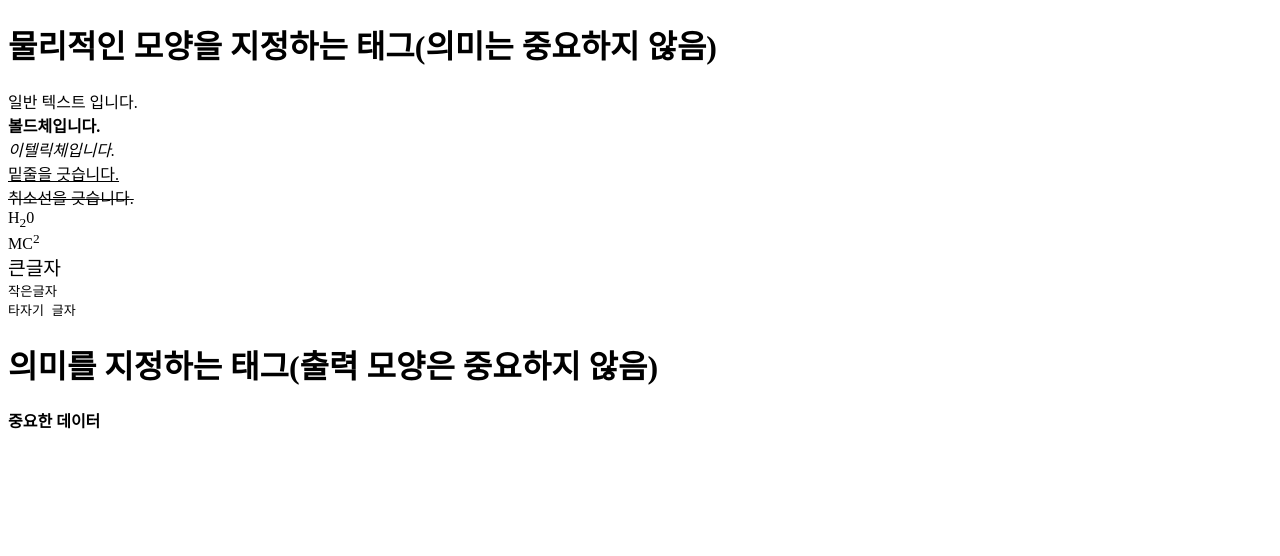
Repository: Chun0903/classStudy_github.io
Page: client/ClientTest/WebContent/ex09_style.html
The author's editor kept a copy of each file at every save. The page is drawn from the files as they stood at one save, then again after the next save.
The browser window is 1280 px wide. The pictures show the whole page.

Above is the page before, as saved 2020-06-19 00:47:06.

### client/ClientTest/WebContent/ex09_style.html
<!DOCTYPE html>
<html>
<head>
<meta charset="UTF-8">
<title>Insert title here</title>
</head>
<body>

	<!--

	-->
	<h1>물리적인 모양을 지정하는 태그(의미는 중요하지 않음)</h1>
	일반 텍스트 입니다.<br>
	<b>볼드체입니다.</b><br> <!-- bold -->
	<i>이텔릭체입니다.</i><br> <!-- italic -->
	<u>밑줄을 긋습니다.</u><br> <!-- underline -->
	<strike>취소선을 긋습니다.</strike><br>
	H<sub>2</sub>0<br> <!-- 밑첨자  -->
	MC<sup>2</sup><br>
	<big>큰글자</big><br>
	<small>작은글자</small><br>
	<tt>타자기 글자</tt>

	<h1>의미를 지정하는 태그(출력 모양은 중요하지 않음)</h1>
	<strong>중요한 데이터</strong>


</body>
</html>

After the next save:
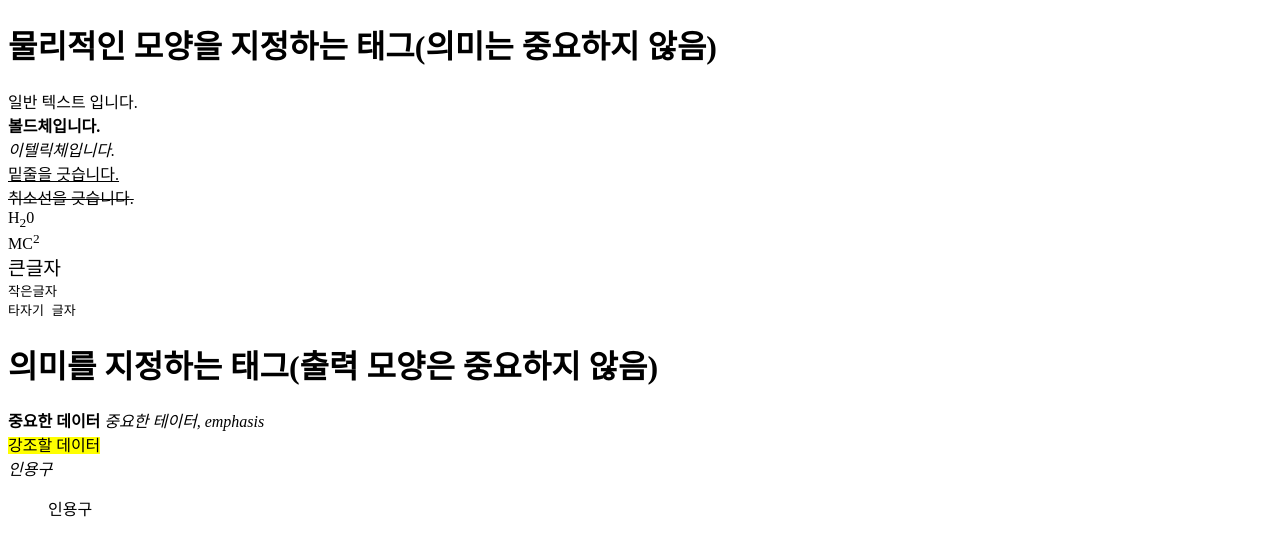
Saved 24 min 44 s later.
--- a/client/ClientTest/WebContent/ex09_style.html
+++ b/client/ClientTest/WebContent/ex09_style.html
@@ -23,6 +23,10 @@
 
 	<h1>의미를 지정하는 태그(출력 모양은 중요하지 않음)</h1>
 	<strong>중요한 데이터</strong>
+	<em>중요한 테이터, emphasis</em><br>
+	<mark>강조할 데이터</mark><br>
+	<cite>인용구</cite><br> <!-- 단일 라인 -->
+	<blockquote>인용구</blockquote><br> <!-- 다중 라인 -->
 
 
 </body>
